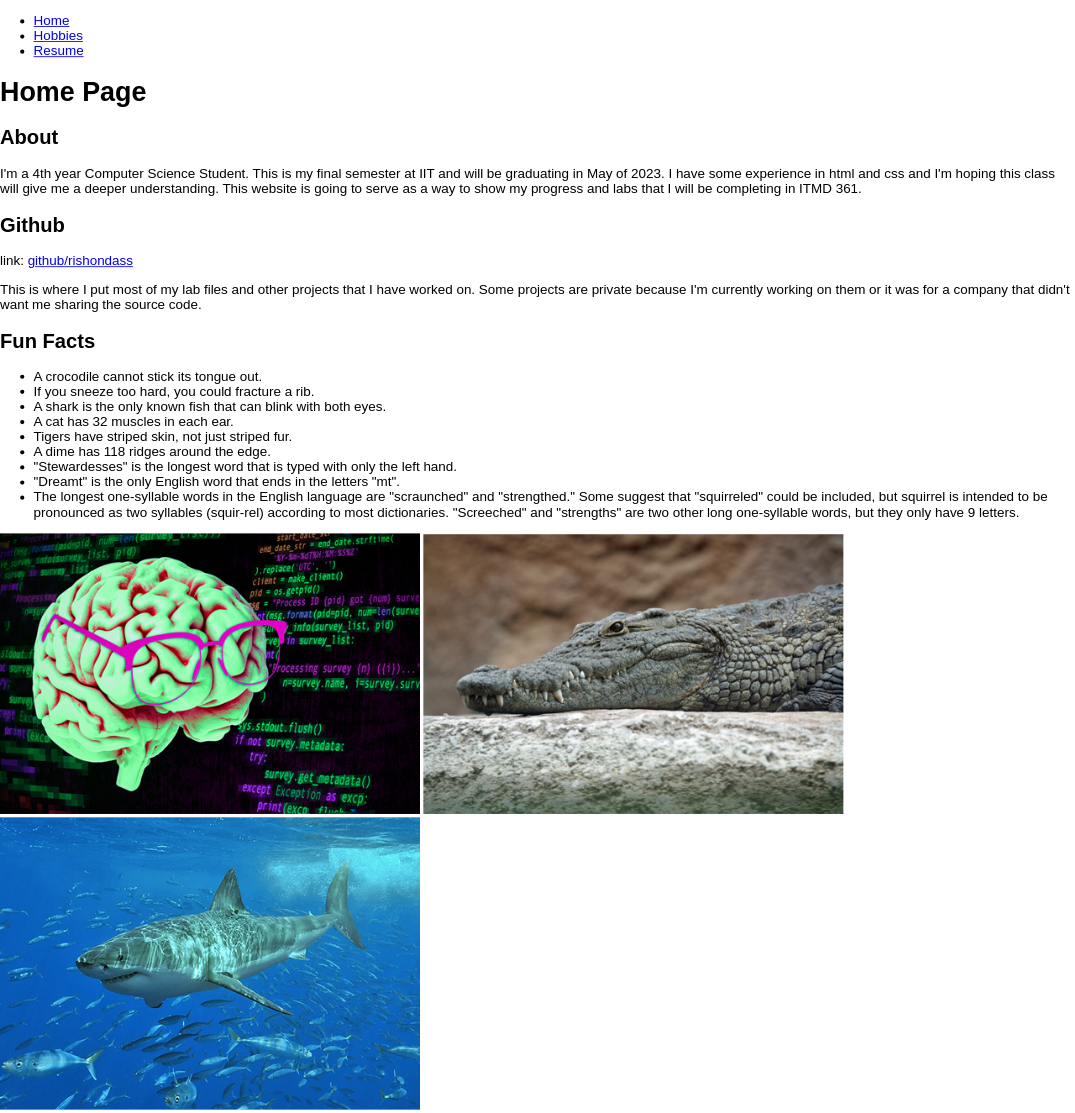
Repository: rishondass/ITMD361-Project2
Page: index.html
An editor plug-in stored every save of this project. The page is shown before and after the next save, followed by the edit.
The browser window is 1280 px wide. The pictures show the whole page, at 84% of full size.

Above is the page before, as saved 2023-03-07 21:04:10.

After the next save:
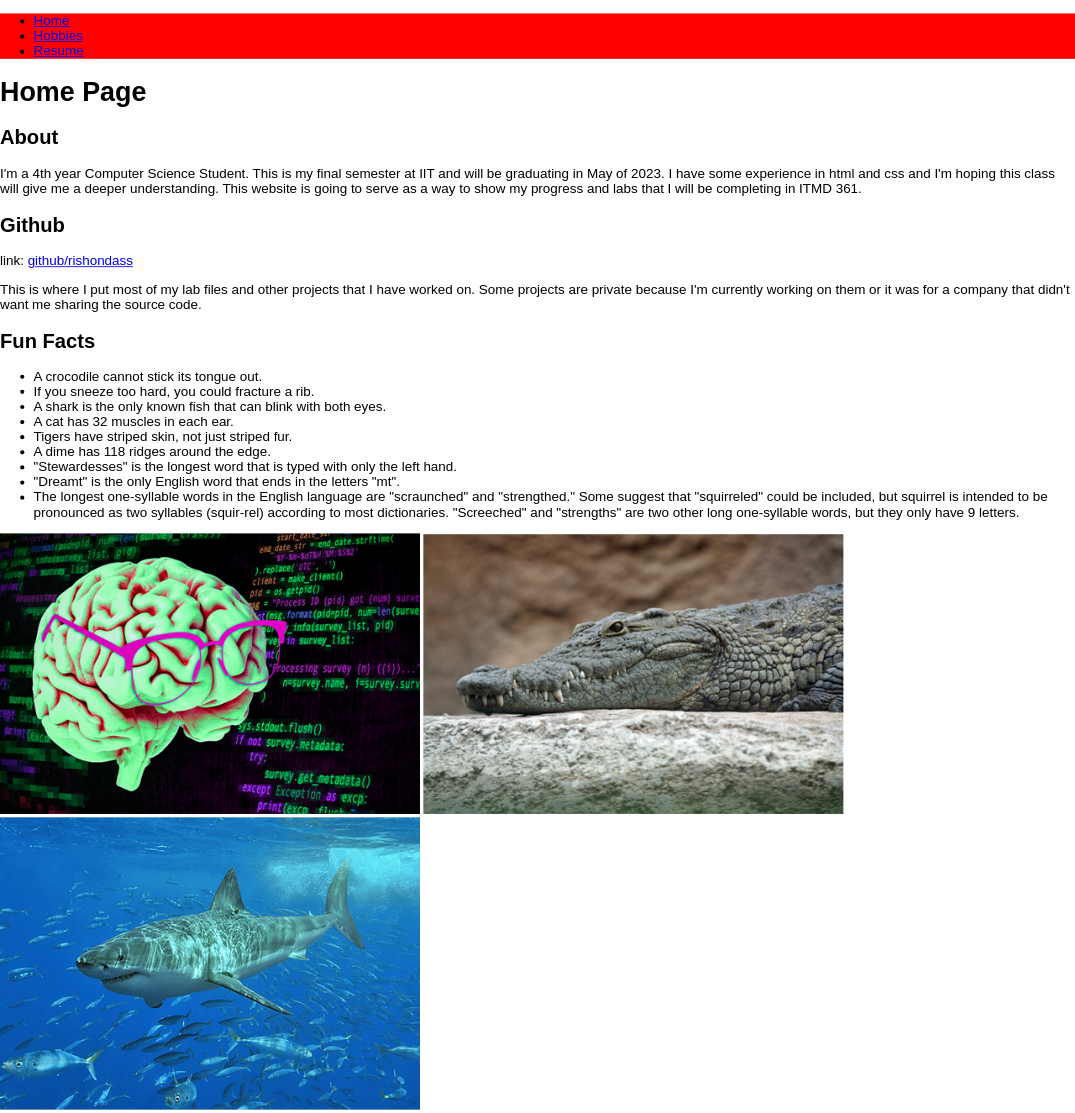
Saved 4 s later.
--- a/css/style.css
+++ b/css/style.css
@@ -1,3 +1,3 @@
 #main-nav{
-    back
+    background-color: red;
 }
